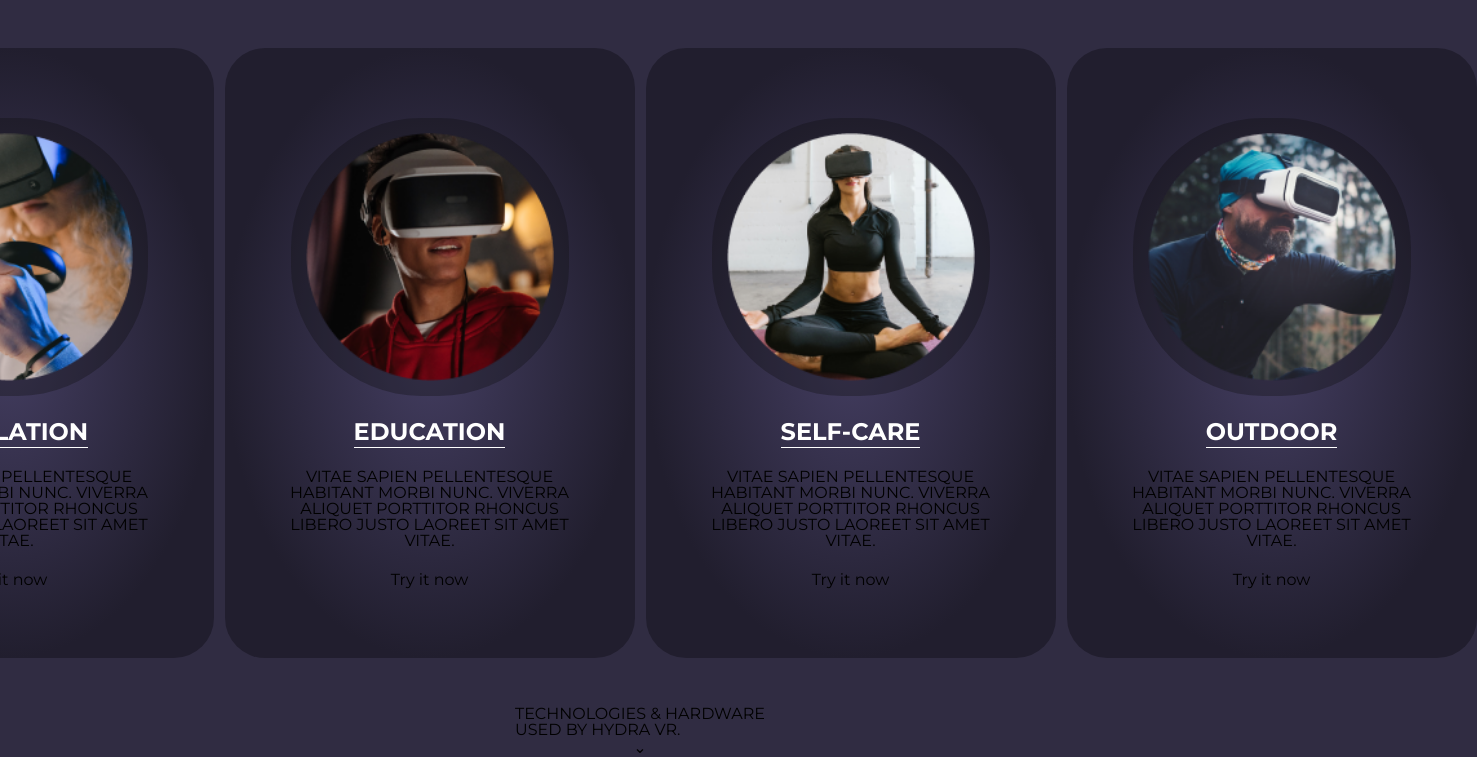
Repository: xMargi/Hydra-LandingPage
Page: index.html
An editor plug-in stored every save of this project. The page is shown before and after the next save, followed by the edit.
The browser window is 1280 px wide. The page is 1477 px wide, so the pictures cover 1477 px, including what lies to the right of the window. The pictures show the whole page.

Above is the page before, as saved 2023-06-07 20:29:22.

### index.html
    <!DOCTYPE html>
    <html lang="pt-br">
    <head>
        <meta charset="UTF-8">
        <meta http-equiv="X-UA-Compatible" content="IE=edge">
        <meta name="viewport" content="width=device-width, initial-scale=1.0">
        <title>Hydra - Landing Page</title>
        <link rel="stylesheet" href="./reset.css">
        <link rel="stylesheet" href="./style.css">
    </head>
    <body>
        <div class="cartoes">
            <div class="cartao">
                <img src="./assets/1.png" alt="Mulher jogando em realidade virtual" class="cartao__img">
                <h1 class="cartao__titulo">Simulation</h1>
                <p class="cartao__paragrafo">Vitae sapien pellentesque habitant morbi
                nunc. Viverra aliquet porttitor rhoncus
                libero justo laoreet sit amet vitae.</p>
                <button class="cartao__button">Try it now</button>
            </div>
            <div class="cartao">
                <img src="./assets/2.png" alt="Homem usando um óculos de realidade virtual" class="cartao__img">
                <h1 class="cartao__titulo">Education</h1>
                <p class="cartao__paragrafo">Vitae sapien pellentesque habitant morbi
                nunc. Viverra aliquet porttitor rhoncus
                libero justo laoreet sit amet vitae.</p>
                <button class="cartao__button">Try it now</button>
            </div>
            <div class="cartao">
                <img src="./assets/3.png" alt="Mulher meditando com óculos de realidade virtual" class="cartao__img">
                <h1 class="cartao__titulo">Self-Care</h1>
                <p class="cartao__paragrafo">Vitae sapien pellentesque habitant morbi
                nunc. Viverra aliquet porttitor rhoncus
                libero justo laoreet sit amet vitae.</p>
                <button class="cartao__button">Try it now</button>
            </div>
            <div class="cartao">
                <img src="./assets/4.png" alt="Homem fazendo exercicíos utilizando um óculos de realidade virtual" class="cartao__img">
                <h1 class="cartao__titulo">Outdoor</h1>
                <p class="cartao__paragrafo">Vitae sapien pellentesque habitant morbi
                nunc. Viverra aliquet porttitor rhoncus
                libero justo laoreet sit amet vitae.</p>
                <button class="cartao__button">Try it now</button>
            </div>
        </div>
        <div class="container__imagem">
            <h1 class="imagem__titulo">Technologies & Hardware</h1>
            <p class="imagem__paragrafo">Used by hydra vr.</p>
        </div>
        <button class="botao__baixo">&#8964</button>
        <script src="./script.js"></script>
    </body>
    </html>

### style.css
@import url('https://fonts.googleapis.com/css2?family=Montserrat:wght@300;400;700&display=swap');

:root{

    --fonte: 'Montserrat', sans-serif;
    --cor-fundo: #302C42;
    --cor-cartao: radial-gradient(50% 50% at 50% 50%, #433D60 0%, #211E2E 100%);
    --cor-button: linear-gradient(90deg, #8176AF 0%, #C0B7E8 100%);
    --cor-branca: #FFFFFF;
    --cor-texto: #343045;
    --cor-sombra: rgba(14, 14, 14, 0.32);
    --weight: 400;

}

body{
    box-sizing: border-box;
    background: var(--cor-fundo);
    display: flex;
    align-items: center;
    flex-direction: column;
    font-family: var(--fonte);
    font-weight: var(--weight);
    text-transform: uppercase;

}

.cartoes{
    margin:3rem 5.4375rem;
    display: flex;
    gap: 0.6875rem;

}

.cartao{
    background: var(--cor-cartao);
    display: flex;
    flex-direction: column;
    gap: 1.3125rem;
    align-items: center;
    justify-content: center;
    text-align: center;
    padding: 3.125rem;
    border-radius: 2.5rem;
    height: 31.875rem;
    width: 19.375rem;
}

.cartao__img{
    background: var(--cor-sombra);
    border-radius: 8.125rem;
    padding: 0.9375rem;
    width: 80%;
}

.cartao__titulo{

    color: var(--cor-branca);
    font-weight: 700;
    font-size: 24px;
    line-height: 30px;
    padding-bottom: 19.5;
    border-bottom: 1px solid var(--cor-branca);

}

Loaded but not shown: main/reset.css (common file); script.js (no copy from this time; the picture is the same without it)

After the next save:
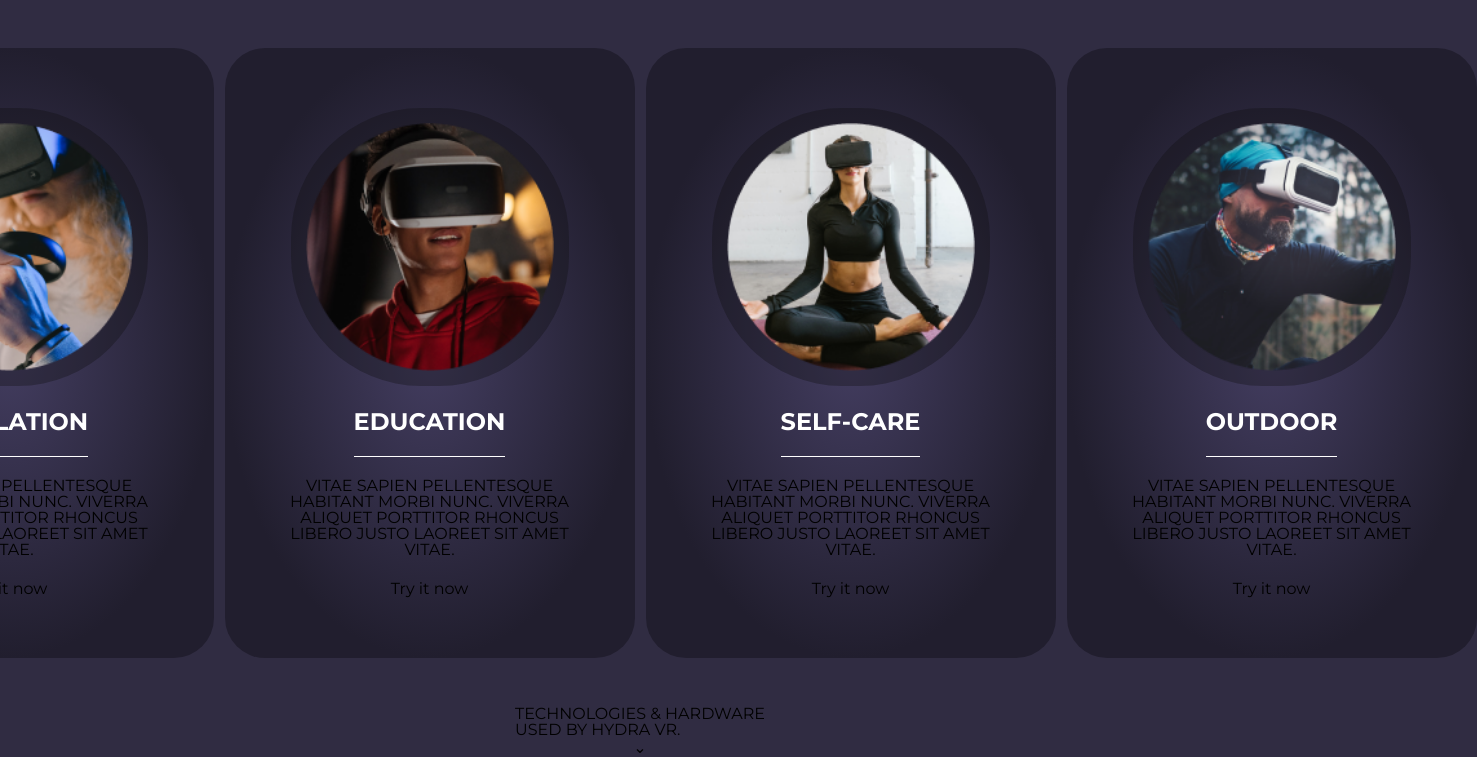
Saved 84 s later.
--- a/style.css
+++ b/style.css
@@ -59,7 +59,7 @@ body{
     font-weight: 700;
     font-size: 24px;
     line-height: 30px;
-    padding-bottom: 19.5;
+    padding-bottom: 19.5px;
     border-bottom: 1px solid var(--cor-branca);
 
 }
